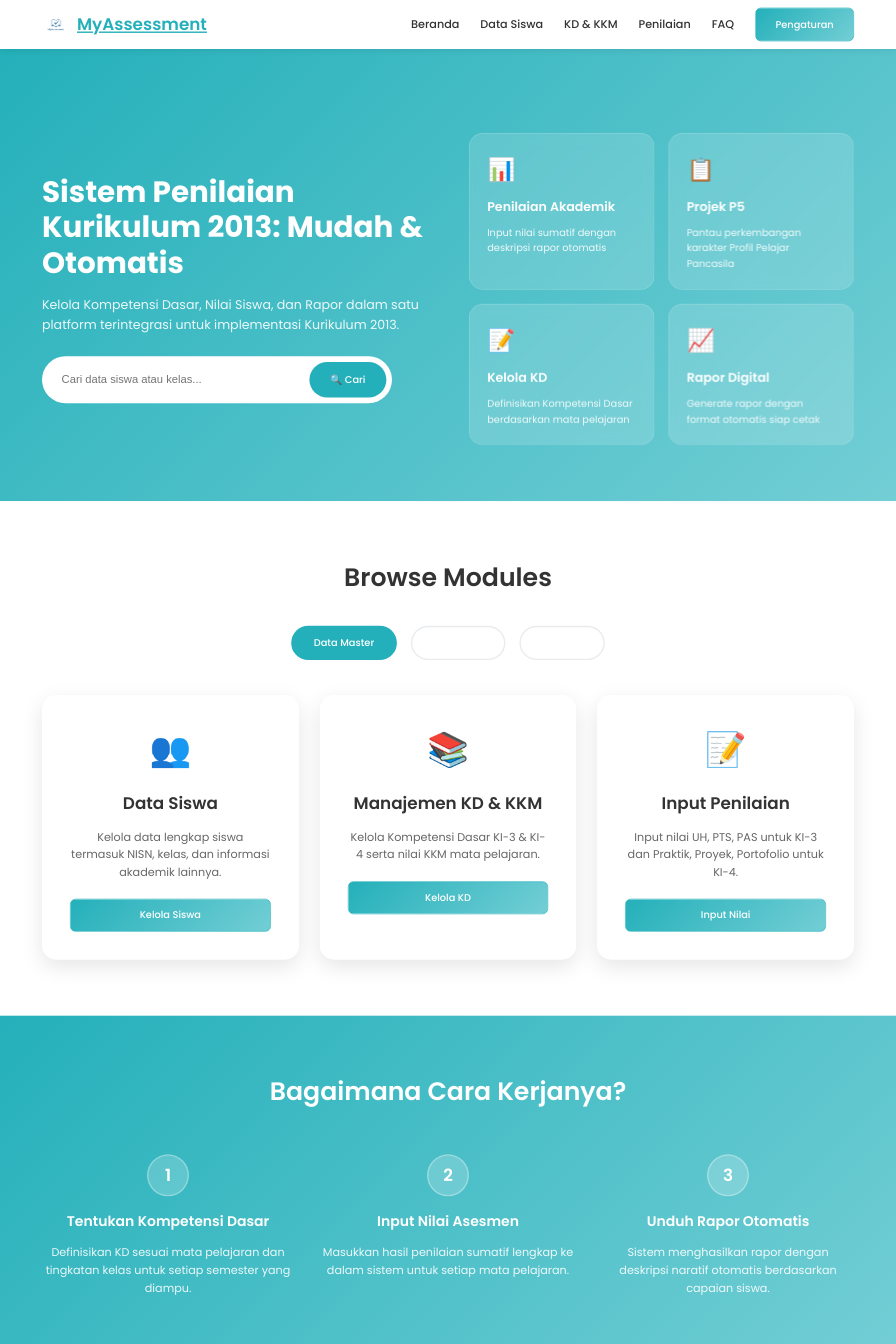
Repository: Ws529/MyAssassment_Final
Page: MyAssessment/wwwroot/index.html
These files come from the project's save history. The page is drawn as it stood at one moment and after the next save; the edit follows.
The browser window is 1280 px wide. The pictures show the part of the page from y = 0 to 1920 px (the page is 2999 px tall), at 70% of full size.

Above is the page before, as saved 2026-01-01 14:27:27.

### MyAssessment/wwwroot/index.html
<!DOCTYPE html>
<html lang="id">
<head>
    <meta charset="utf-8" />
    <meta name="viewport" content="width=device-width, initial-scale=1.0" />
    <title>My Assessment - Sistem Penilaian K13</title>
    <link href="https://fonts.googleapis.com/css2?family=Poppins:wght@300;400;500;600;700&display=swap" rel="stylesheet">
    <link href="assets/css/neon-buttons.css" rel="stylesheet">
    <style>
        * { margin: 0; padding: 0; box-sizing: border-box; }
        body { font-family: 'Poppins', sans-serif; line-height: 1.6; color: #333; background-color: #f8f9fa; }
        .container { max-width: 1200px; margin: 0 auto; padding: 0 20px; }

        /* Navigation */
        .navbar { background: #fff; box-shadow: 0 2px 10px rgba(0,0,0,0.1); position: fixed; top: 0; width: 100%; z-index: 1000; }
        .nav-container { max-width: 1200px; margin: 0 auto; padding: 0 20px; display: flex; justify-content: space-between; align-items: center; height: 70px; }
        .nav-brand { display: flex; align-items: center; font-size: 24px; font-weight: 600; color: #24b0ba; gap: 10px; }
        .nav-menu { display: flex; align-items: center; gap: 30px; }
        .nav-link { text-decoration: none; color: #333; font-weight: 500; transition: color 0.3s; }
        .nav-link:hover { color: #24b0ba; }
        .btn-primary { background: linear-gradient(135deg, #24b0ba, #73ced5); color: white; border: none; padding: 12px 24px; border-radius: 25px; font-weight: 500; cursor: pointer; text-decoration: none; transition: transform 0.3s; }
        .btn-primary:hover { transform: translateY(-2px); }

        /* Hero Section */
        .hero { background: linear-gradient(135deg, #24b0ba, #73ced5); color: white; padding: 120px 0 80px; margin-top: 70px; }
        .hero-container { max-width: 1200px; margin: 0 auto; padding: 0 20px; display: grid; grid-template-columns: 1fr 1fr; gap: 60px; align-items: center; }
        .hero-content h1 { font-size: 42px; font-weight: 700; margin-bottom: 20px; line-height: 1.2; }
        .hero-content p { font-size: 18px; margin-bottom: 30px; opacity: 0.9; }
        .search-box { display: flex; background: white; border-radius: 50px; padding: 8px; max-width: 500px; }
        .search-box input { flex: 1; border: none; padding: 15px 20px; font-size: 16px; border-radius: 50px; outline: none; color: #333; }
        .search-box button { background: #24b0ba; color: white; border: none; padding: 15px 30px; border-radius: 50px; font-weight: 500; cursor: pointer; }

        .hero-features { display: grid; grid-template-columns: 1fr 1fr; gap: 20px; }
        .feature-card { background: rgba(255,255,255,0.15); padding: 25px; border-radius: 20px; backdrop-filter: blur(10px); border: 1px solid rgba(255,255,255,0.2); transition: transform 0.3s; }
        .feature-card:hover { transform: translateY(-5px); }
        .feature-icon { font-size: 32px; margin-bottom: 15px; }
        .feature-card h3 { font-size: 18px; font-weight: 600; margin-bottom: 10px; }
        .feature-card p { font-size: 14px; opacity: 0.9; }

        /* Modules Section */
        .modules { padding: 80px 0; background: white; }
        .modules h2 { text-align: center; font-size: 36px; font-weight: 600; margin-bottom: 40px; color: #333; }
        .module-tabs { display: flex; justify-content: center; gap: 20px; margin-bottom: 50px; }
        .tab-btn { background: transparent; border: 2px solid #e9ecef; padding: 12px 30px; border-radius: 25px; font-weight: 500; cursor: pointer; transition: all 0.3s; font-family: 'Poppins', sans-serif; }
        .tab-btn.active, .tab-btn:hover { background: #24b0ba; color: white; border-color: #24b0ba; }

        .module-grid { display: grid; grid-template-columns: repeat(auto-fit, minmax(350px, 1fr)); gap: 30px; }
        .module-card { background: white; padding: 40px; border-radius: 20px; box-shadow: 0 10px 30px rgba(0,0,0,0.1); text-align: center; transition: transform 0.3s; }
        .module-card:hover { transform: translateY(-10px); }
        .module-icon { font-size: 48px; margin-bottom: 20px; }
        .module-card h3 { font-size: 24px; font-weight: 600; margin-bottom: 15px; color: #333; }
        .module-card p { color: #666; margin-bottom: 25px; line-height: 1.6; }
        .btn-module { background: linear-gradient(135deg, #24b0ba, #73ced5); color: white; border: none; padding: 15px 30px; border-radius: 25px; font-weight: 500; cursor: pointer; width: 100%; text-decoration: none; display: inline-block; font-family: 'Poppins', sans-serif; font-size: 14px; transition: transform 0.3s; }
        .btn-module:hover { transform: translateY(-2px); }

        /* How It Works */
        .how-it-works { background: linear-gradient(135deg, #24b0ba, #73ced5); color: white; padding: 80px 0; }
        .how-it-works h2 { text-align: center; font-size: 36px; font-weight: 600; margin-bottom: 60px; }
        .steps { display: grid; grid-template-columns: repeat(auto-fit, minmax(300px, 1fr)); gap: 40px; }
        .step { text-align: center; }
        .step-number { width: 60px; height: 60px; background: rgba(255,255,255,0.2); border-radius: 50%; display: flex; align-items: center; justify-content: center; font-size: 24px; font-weight: 600; margin: 0 auto 20px; border: 2px solid rgba(255,255,255,0.3); }
        .step h3 { font-size: 20px; font-weight: 600; margin-bottom: 15px; }
        .step p { opacity: 0.9; line-height: 1.6; }

        /* FAQ Section */
        .faq { padding: 80px 0; background: #f8f9fa; }
        .faq h2 { text-align: center; font-size: 36px; font-weight: 600; margin-bottom: 50px; color: #333; }
        .faq-list { max-width: 800px; margin: 0 auto; }
        .faq-item { background: white; margin-bottom: 20px; border-radius: 15px; overflow: hidden; box-shadow: 0 5px 15px rgba(0,0,0,0.1); }
        .faq-question { padding: 25px; display: flex; justify-content: space-between; align-items: center; cursor: pointer; font-weight: 500; transition: background 0.3s; }
        .faq-question:hover { background: #f8f9fa; }
        .faq-toggle { font-size: 24px; font-weight: 300; color: #24b0ba; transition: transform 0.3s; }
        .faq-answer { padding: 0 25px 25px; color: #666; line-height: 1.6; display: none; }
        .faq-item.active .faq-answer { display: block; }
        .faq-item.active .faq-toggle { transform: rotate(45deg); }

        /* Footer */
        .footer { background: #2c3e50; color: white; padding: 60px 0 30px; }
        .footer-content { display: grid; grid-template-columns: repeat(auto-fit, minmax(250px, 1fr)); gap: 40px; }
        .footer-section h3, .footer-section h4 { margin-bottom: 20px; color: #24b0ba; }
        .footer-section ul { list-style: none; }
        .footer-section ul li { margin-bottom: 10px; opacity: 0.8; }
        .footer-section ul li:hover { opacity: 1; }
        .footer-bottom { text-align: center; margin-top: 40px; padding-top: 20px; border-top: 1px solid rgba(255,255,255,0.1); opacity: 0.7; }

        /* Responsive */
        @media (max-width: 768px) {
            .hero-container { grid-template-columns: 1fr; text-align: center; }
            .hero-content h1 { font-size: 28px; }
            .hero-features { grid-template-columns: 1fr; }
            .nav-menu { display: none; }
            .module-grid { grid-template-columns: 1fr; }
            .steps { grid-template-columns: 1fr; }
            .search-box { flex-direction: column; border-radius: 15px; }
            .search-box input { border-radius: 10px; }
            .search-box button { border-radius: 10px; margin-top: 10px; }
        }
    </style>
</head>
<body>
    <!-- Navigation -->
    <nav class="navbar">
        <div class="nav-container">
            <a href="index.html" class="nav-brand">
                <img src="assets/img/logo.png" alt="MyAssessment Logo" style="height: 40px; width: auto;">
                <span>MyAssessment</span>
            </a>
            <div class="nav-menu">
                <a href="index.html" class="nav-link">Beranda</a>
                <a href="siswa.html" class="nav-link">Data Siswa</a>
                <a href="kompetensi.html" class="nav-link">KD & KKM</a>
                <a href="penilaian.html" class="nav-link">Penilaian</a>
                <a href="#faq" class="nav-link">FAQ</a>
                <a href="pengaturan.html" class="btn-neon btn-neon-primary">Pengaturan</a>
            </div>
        </div>
    </nav>

    <!-- Hero Section -->
    <section class="hero">
        <div class="hero-container">
            <div class="hero-content">
                <h1>Sistem Penilaian Kurikulum 2013: Mudah & Otomatis</h1>
                <p>Kelola Kompetensi Dasar, Nilai Siswa, dan Rapor dalam satu platform terintegrasi untuk implementasi Kurikulum 2013.</p>
                <div class="search-box">
                    <input type="text" placeholder="Cari data siswa atau kelas..." />
                    <button type="button" class="btn-neon btn-neon-primary">🔍 Cari</button>
                </div>
            </div>
            <div class="hero-features">
                <div class="feature-card">
                    <div class="feature-icon">📊</div>
                    <h3>Penilaian Akademik</h3>
                    <p>Input nilai sumatif dengan deskripsi rapor otomatis</p>
                </div>
                <div class="feature-card">
                    <div class="feature-icon">📋</div>
                    <h3>Projek P5</h3>
                    <p>Pantau perkembangan karakter Profil Pelajar Pancasila</p>
                </div>
                <div class="feature-card">
                    <div class="feature-icon">📝</div>
                    <h3>Kelola KD</h3>
                    <p>Definisikan Kompetensi Dasar berdasarkan mata pelajaran</p>
                </div>
                <div class="feature-card">
                    <div class="feature-icon">📈</div>
                    <h3>Rapor Digital</h3>
                    <p>Generate rapor dengan format otomatis siap cetak</p>
                </div>
            </div>
        </div>
    </section>

    <!-- Browse Modules -->
    <section class="modules">
        <div class="container">
            <h2>Browse Modules</h2>
            <div class="module-tabs">
                <button class="tab-btn btn-neon active" onclick="filterModules('master')">Data Master</button>
                <button class="tab-btn btn-neon" onclick="filterModules('akademik')">Akademik</button>
                <button class="tab-btn btn-neon" onclick="filterModules('laporan')">Laporan</button>
            </div>
            <div class="module-grid" id="moduleGrid">
                <div class="module-card" data-category="master">
                    <div class="module-icon">👥</div>
                    <h3>Data Siswa</h3>
                    <p>Kelola data lengkap siswa termasuk NISN, kelas, dan informasi akademik lainnya.</p>
                    <button class="btn-neon btn-neon-primary btn-neon-block" onclick="location.href='siswa.html'">Kelola Siswa</button>
                </div>
                <div class="module-card" data-category="master">
                    <div class="module-icon">📚</div>
                    <h3>Manajemen KD & KKM</h3>
                    <p>Kelola Kompetensi Dasar KI-3 & KI-4 serta nilai KKM mata pelajaran.</p>
                    <button class="btn-neon btn-neon-primary btn-neon-block" onclick="location.href='kompetensi.html'">Kelola KD</button>
                </div>
                <div class="module-card" data-category="master">
                    <div class="module-icon">📝</div>
                    <h3>Input Penilaian</h3>
                    <p>Input nilai UH, PTS, PAS untuk KI-3 dan Praktik, Proyek, Portofolio untuk KI-4.</p>
                    <button class="btn-neon btn-neon-primary btn-neon-block" onclick="location.href='penilaian.html'">Input Nilai</button>
                </div>
            </div>
        </div>
    </section>

    <!-- How It Works -->
    <section class="how-it-works">
        <div class="container">
            <h2>Bagaimana Cara Kerjanya?</h2>
            <div class="steps">
                <div class="step">
                    <div class="step-number">1</div>
                    <h3>Tentukan Kompetensi Dasar</h3>
                    <p>Definisikan KD sesuai mata pelajaran dan tingkatan kelas untuk setiap semester yang diampu.</p>
                </div>
                <div class="step">
                    <div class="step-number">2</div>
                    <h3>Input Nilai Asesmen</h3>
                    <p>Masukkan hasil penilaian sumatif lengkap ke dalam sistem untuk setiap mata pelajaran.</p>
                </div>
                <div class="step">
                    <div class="step-number">3</div>
                    <h3>Unduh Rapor Otomatis</h3>
                    <p>Sistem menghasilkan rapor dengan deskripsi naratif otomatis berdasarkan capaian siswa.</p>
                </div>
            </div>
        </div>
    </section>

    <!-- FAQ Section -->
    <section class="faq" id="faq">
        <div class="container">
            <h2>Frequently Asked Questions</h2>
            <div class="faq-list">
                <div class="faq-item">
                    <div class="faq-question" onclick="toggleFaq(this)">
                        <span>Apa perbedaan KI-3 dengan KI-4 pada kurikulum K13?</span>
                        <span class="faq-toggle">+</span>
                    </div>
                    <div class="faq-answer">
                        <p>KI-3 adalah Kompetensi Inti untuk aspek Pengetahuan yang dinilai melalui Ulangan Harian (UH), PTS, dan PAS. Sedangkan KI-4 adalah Kompetensi Inti untuk aspek Keterampilan yang dinilai melalui Praktik, Proyek, dan Portofolio.</p>
                    </div>
                </div>
                <div class="faq-item">
                    <div class="faq-question" onclick="toggleFaq(this)">
                        <span>Bagaimana sistem auto-description bekerja?</span>
                        <span class="faq-toggle">+</span>
                    </div>
                    <div class="faq-answer">
                        <p>Sistem akan menganalisis nilai siswa dan membandingkannya dengan KKM untuk menghasilkan deskripsi naratif otomatis. Predikat A (≥90), B (80-89), C (≥KKM), D (&lt;KKM) akan ditentukan secara otomatis.</p>
                    </div>
                </div>
                <div class="faq-item">
                    <div class="faq-question" onclick="toggleFaq(this)">
                        <span>Apa itu Projek P5?</span>
                        <span class="faq-toggle">+</span>
                    </div>
                    <div class="faq-answer">
                        <p>Projek Penguatan Profil Pelajar Pancasila (P5) adalah kegiatan kokurikuler berbasis projek yang dirancang untuk memperkuat upaya pencapaian kompetensi dan karakter sesuai dengan profil pelajar Pancasila.</p>
                    </div>
                </div>
                <div class="faq-item">
                    <div class="faq-question" onclick="toggleFaq(this)">
                        <span>Apakah data tersimpan dengan aman?</span>
                        <span class="faq-toggle">+</span>
                    </div>
                    <div class="faq-answer">
                        <p>Ya, semua data disimpan di database MongoDB dengan sistem backup otomatis. Data siswa dan nilai dilindungi dengan enkripsi untuk menjamin keamanan dan privasi.</p>
                    </div>
                </div>
            </div>
        </div>
    </section>

    <!-- Footer -->
    <footer class="footer">
        <div class="container">
            <div class="footer-content">
                <div class="footer-section">
                    <h3><img src="assets/img/logo.png" alt="Logo" style="height: 24px; vertical-align: middle; margin-right: 8px;">MyAssessment</h3>
                    <p>Platform penilaian Kurikulum 2013 yang memudahkan guru mengelola KD, nilai sumatif, dan rapor digital.</p>
                </div>
                <div class="footer-section">
                    <h4>Fitur Utama</h4>
                    <ul>
                        <li>Kompetensi Dasar</li>
                        <li>Asesmen Sumatif</li>
                        <li>Projek P5</li>
                        <li>Rapor Otomatis</li>
                    </ul>
                </div>
                <div class="footer-section">
                    <h4>Dukungan</h4>
                    <ul>
                        <li>Panduan Pengguna</li>
                        <li>FAQ</li>
                        <li>Hubungi Support</li>
                    </ul>
                </div>
                <div class="footer-section">
                    <h4>Kontak</h4>
                    <ul>
                        <li>📧 wawansuwandi529@gmail.com</li>
                        <li>📞 +62 00 0000 0000</li>
                        <li>📍 Bekasi, Jawa Barat, Indonesia</li>
                    </ul>
                </div>
            </div>
            <div class="footer-bottom">
                <p>© 2026 MyAssessment. Dikembangkan untuk mendukung implementasi Kurikulum 2013.</p>
            </div>
        </div>
    </footer>

    <script>
        // FAQ Toggle
        function toggleFaq(element) {
            const faqItem = element.parentElement;
            const wasActive = faqItem.classList.contains('active');

            // Close all FAQ items
            document.querySelectorAll('.faq-item').forEach(item => {
                item.classList.remove('active');
            });

            // Open clicked item if it wasn't active
            if (!wasActive) {
                faqItem.classList.add('active');
            }
        }

        // Module Filter
        function filterModules(category) {
            // Update active tab
            document.querySelectorAll('.tab-btn').forEach(btn => {
                btn.classList.remove('active');
            });
            event.target.classList.add('active');

            // Filter modules (for demo, all modules are shown)
            const modules = document.querySelectorAll('.module-card');
            modules.forEach(module => {
                module.style.display = 'block';
            });
        }
    </script>
</body>
</html>

Loaded but not shown: MyAssessment/wwwroot/assets/css/neon-buttons.css (288 lines, source omitted)

After the next save:
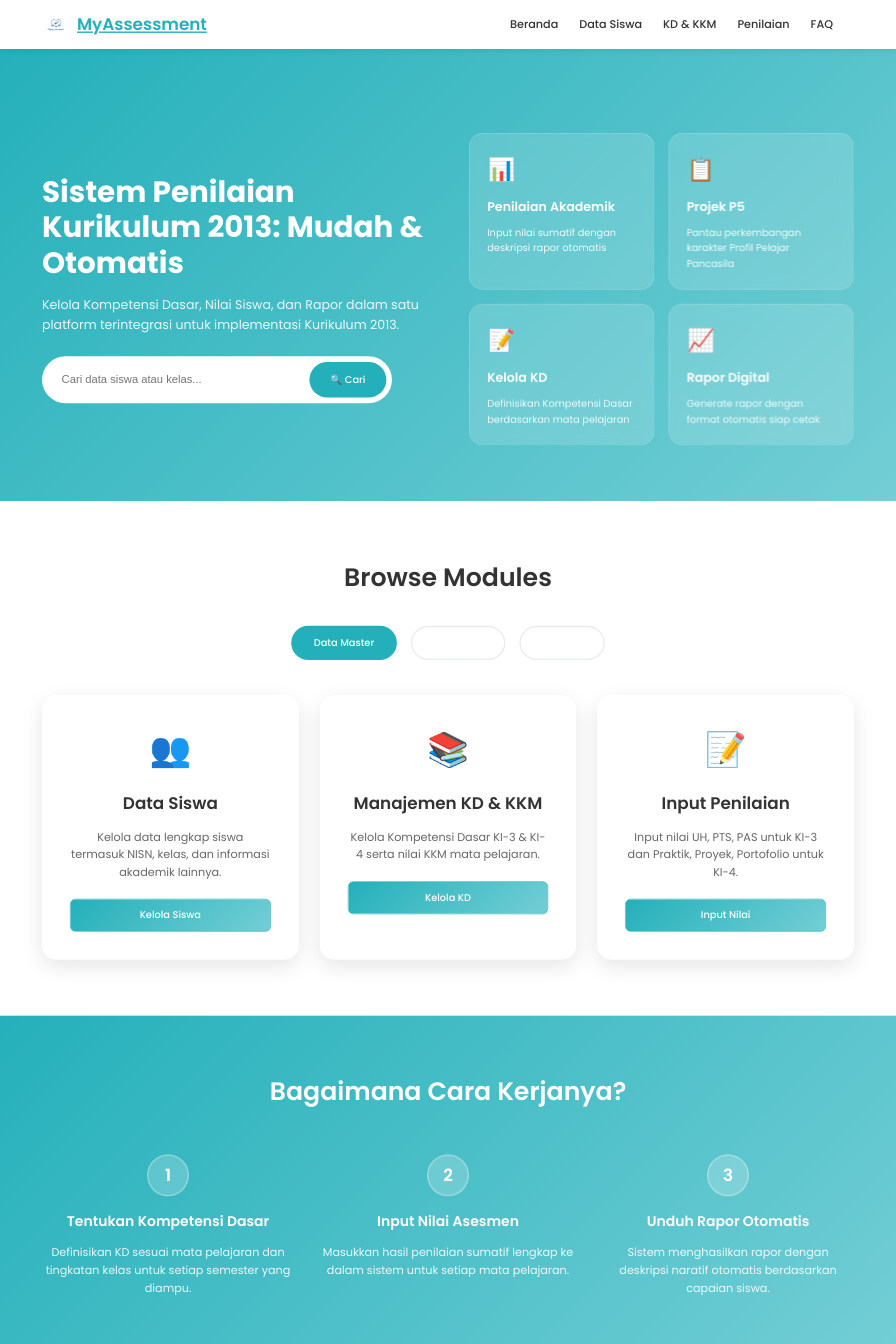
Saved 26 s later.
--- a/MyAssessment/wwwroot/index.html
+++ b/MyAssessment/wwwroot/index.html
@@ -83,6 +83,15 @@
         .footer-section ul li:hover { opacity: 1; }
         .footer-bottom { text-align: center; margin-top: 40px; padding-top: 20px; border-top: 1px solid rgba(255,255,255,0.1); opacity: 0.7; }
 
+        /* User Menu */
+        .user-menu { display: flex; align-items: center; gap: 15px; }
+        .user-info { display: flex; align-items: center; gap: 10px; color: #333; font-weight: 500; font-size: 14px; }
+        .user-avatar { width: 36px; height: 36px; background: linear-gradient(135deg, #24b0ba, #73ced5); border-radius: 50%; display: flex; align-items: center; justify-content: center; color: white; font-weight: 600; font-size: 14px; }
+        .btn-logout { background: transparent; border: 1px solid #dc3545; color: #dc3545; padding: 8px 16px; border-radius: 20px; font-size: 13px; cursor: pointer; transition: all 0.3s; }
+        .btn-logout:hover { background: #dc3545; color: white; }
+        .btn-login-nav { background: linear-gradient(135deg, #24b0ba, #73ced5); color: white; padding: 10px 20px; border-radius: 20px; text-decoration: none; font-weight: 500; font-size: 14px; transition: all 0.3s; }
+        .btn-login-nav:hover { transform: translateY(-2px); box-shadow: 0 4px 15px rgba(36, 176, 186, 0.4); }
+
         /* Responsive */
         @media (max-width: 768px) {
             .hero-container { grid-template-columns: 1fr; text-align: center; }
@@ -94,6 +103,7 @@
             .search-box { flex-direction: column; border-radius: 15px; }
             .search-box input { border-radius: 10px; }
             .search-box button { border-radius: 10px; margin-top: 10px; }
+            .user-info span { display: none; }
         }
     </style>
 </head>
@@ -111,7 +121,9 @@
                 <a href="kompetensi.html" class="nav-link">KD & KKM</a>
                 <a href="penilaian.html" class="nav-link">Penilaian</a>
                 <a href="#faq" class="nav-link">FAQ</a>
-                <a href="pengaturan.html" class="btn-neon btn-neon-primary">Pengaturan</a>
+                <div class="user-menu" id="userMenu">
+                    <!-- Will be populated by JavaScript -->
+                </div>
             </div>
         </div>
     </nav>
